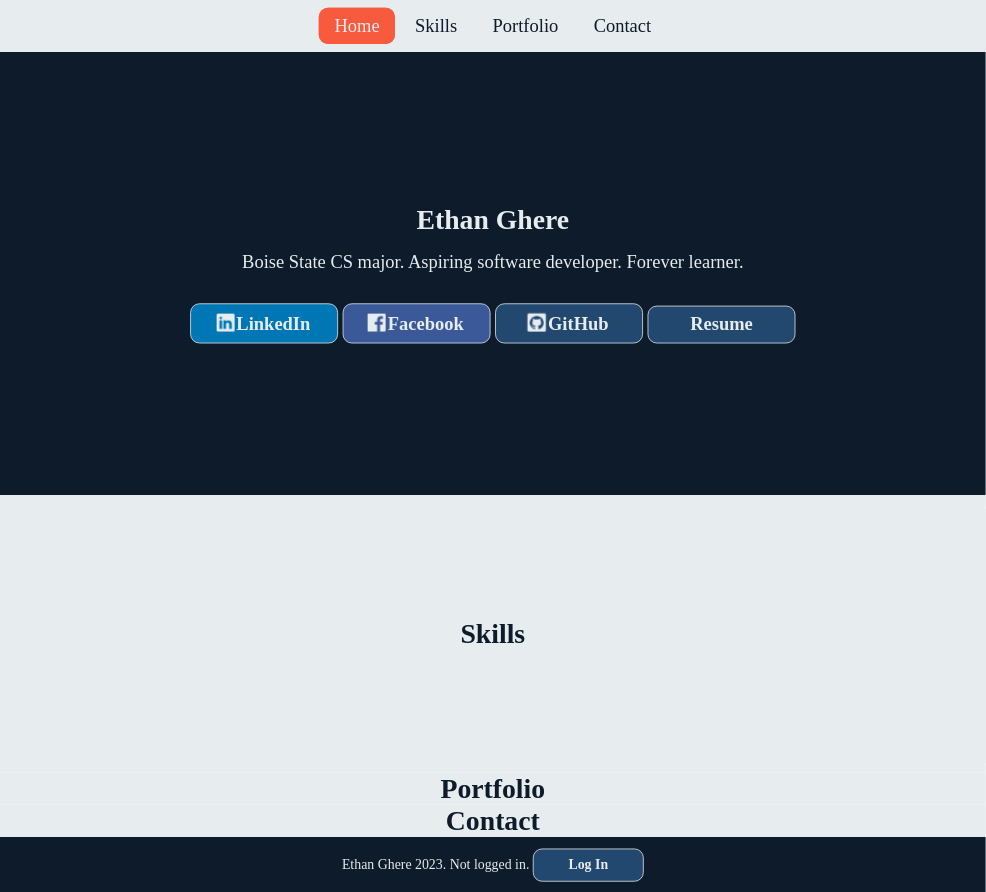
Repository: eghere-bsu/ethanghere-website
Page: http://localhost/php/index.php
These files come from the project's save history. The page is drawn as it stood at one moment and after the next save; the edit follows.
The browser window is 1280 px wide. The pictures show the whole page, at 77% of full size.
Some web fonts or font styles are not loaded; a fallback is used. The page is run by PHP 8.4 with error messages shown; the project is at /var/www/html/. Queries for data that is not in the repository find no rows.

Above is the page before, as saved 2023-11-27 16:56:54.

### php/index.php
<?php
require_once 'Dao.php';
require_once 'Widgets.php';

session_start();
ini_set('display_errors', 1);
error_reporting(E_ALL);

if (isset($_GET['action']) && $_GET['action'] === 'logout') {
  unset($_SESSION['auth']);
  unset($_SESSION['username']);
  unset($_SESSION['powerlvl']);
}
$loggedIn = isset($_SESSION['auth']) && $_SESSION['auth'] === true;
$loginText = $loggedIn ? 'Log Out' : 'Log In';
$loginHref = $loggedIn ? 'login_handler.php?action=logout' : '#login';
$loginClass = $loggedIn ? 'button' : 'button login-modal';
?>

<!DOCTYPE html>
<html lang="en">

<head>
  <meta charset="UTF-8">
  <title>Ethan Ghere</title>
  <link rel="stylesheet" href="../css/style.css">
  <link rel="icon" type="image/x-icon" href="../favicon.ico">
</head>

<nav>
  <div class="container">
    <ul>
      <li class="home active">
        <a href="#home" class="navlink">Home</a>
      </li>
      <li class="skills">
        <a href="#skills" class="navlink">Skills</a>
      </li>
      <li class="portfolio">
        <a href="#portfolio" class="navlink">Portfolio</a>
      </li>
      <li class="contact">
        <a href="#contact" class="navlink">Contact</a>
      </li>
    </ul>
  </div>
</nav>

<body>
  <!-- Home -->
  <section id="home">
    <h1>Ethan Ghere</h1>
    <p>Boise State CS major. Aspiring software developer. Forever learner.</p>
    <span>
      <a href="https://www.linkedin.com/in/ethan-ghere-08532a23a" class="button linkedin"><img
          src="../svg/icons8-linkedin.svg">LinkedIn</a>
      <a href="https://www.facebook.com/profile.php?id=100085450836702" class="button facebook"><img
          src="../svg/icons8-facebook-24.svg">Facebook</a>
      <a href="https://github.com/eghere-bsu" class="button"><img src="../svg/icons8-github-24.png">GitHub</a>
      <a href="../assets/resume.pdf" class="button">Resume</a>
    </span>
  </section>
  <!-- Skills -->
  <section id="skills">
    <h1>Skills</h1>
  </section>
  <!-- Portfolio -->
  <section id="portfolio">
    <h1>Portfolio</h1>
    <div class="support-grid"></div>
    <div class="band">
      <?php
      $dao = new Dao();
      $posts = $dao->getPosts();
      echo Widgets::renderCards($posts);
      ?>
    </div>
  </section>
  <!-- Contact -->
  <section id="contact">
    <h1>Contact</h1>
  </section>
  <!-- Footer -->
  <section id="footer">
    <span>
      <p>Ethan Ghere 2023.
        <?php
        if (isset($_SESSION['auth']) && $_SESSION['auth'] === true) {
          if (isset($_SESSION['username'])) {
            echo 'Logged in as ' . $_SESSION['username'];
          } else {
            echo 'Username not found.';
          }
        } else {
          echo 'Not logged in.';
        }
        ?>
        <a href="<?php echo $loginHref ?>" class="<?php echo $loginClass ?>">
          <?php echo $loginText ?>
        </a>
      </p>
    </span>
  </section>
  <!-- Login Modal -->
  <div class="modal" id="login-signup-modal">
    <div class="modal-content">
      <button class="modal-close" onclick="closeModal()">X</button>
      <span class="container">
        <ul>
          <li class="login">
            <a href="#login" class="navlink">Log In</a>
          </li>
          <li class="signup">
            <a href="#signup" class="navlink">Sign Up</a>
          </li>
        </ul>
      </span>
      <span>
        <?php
        if (isset($_SESSION['message'])) {
          echo htmlspecialchars($_SESSION['message'], ENT_QUOTES, 'UTF-8');
          unset($_SESSION['message']);
        }
        ?>
      </span>
      <form method="post" action="login_handler.php" id="login-form">
        <input placeholder="Username: " type="username" id="username" name="username" required>
        <input placeholder="Password: " type="password" id="password" name="password" required>
        <button type="submit" class="button">Log In</button>
      </form>
      <form method="post" action="signup_handler.php" id="signup-form">
        <input placeholder="Username: " type="username" id="username" name="username" required>
        <input placeholder="Password: " type="password" id="password" name="password" required>
        <input placeholder="Confirm password: " type="password" id="pwconfirm" name="pwconfirm" required>
        <button type="submit" class="button">Sign Up</button>
      </form>
      <div class="modal-body"></div>
    </div>
  </div>
  <!-- Scripts -->
  <script src="https://code.jquery.com/jquery-3.7.1.min.js"></script>
  <script src="../js/login.js"></script>
  <script src="../js/scroll.js"></script>
</body>

### php/Dao.php
<?php
ini_set('display_errors', 1);
error_reporting(E_ALL);
// Dao.php
// class for saving and getting comments from MySQL
class Dao {

  private $host;
    private $db;
    private $user;
    private $pass;

    public function __construct() {
        // Determine the server name
        $serverName = $_SERVER['SERVER_NAME'];

        // Set the database credentials based on the server name
        if ($serverName === 'localhost') {
            // Local database credentials
            $this->host = 'localhost';
            $this->db = 'db';
            $this->user = 'eghere';
            $this->pass = 'labrador';
        } else {
            // Online database credentials
            $this->host = 'vkh7buea61avxg07.cbetxkdyhwsb.us-east-1.rds.amazonaws.com';
            $this->db = 'r9n0gt3rioqj5f5n';
            $this->user = 'bf28epl5ub2me1yp';
            $this->pass = 'dbrnyuq8526w3wp3';
        }
    }

  //deployment
  //mariadb -h vkh7buea61avxg07.cbetxkdyhwsb.us-east-1.rds.amazonaws.com -u bf28epl5ub2me1yp -pdbrnyuq8526w3wp3 r9n0gt3rioqj5f5n


  public function getConnection () {
    return
      new PDO("mysql:host={$this->host};dbname={$this->db}", $this->user,
          $this->pass);
  }

  public function createUser($username, $password, $powerlvl = 0) {
    // Hash the password
    $hashedPassword = password_hash($password, PASSWORD_BCRYPT);

    $conn = $this->getConnection();
    $createUser = "INSERT INTO Users (username, password, powerlvl) VALUES (:username, :password, :powerlvl)";
    $q = $conn->prepare($createUser);
    $q->bindParam(":username", $username);
    $q->bindParam(":password", $hashedPassword);
    $q->bindParam(":powerlvl", $powerlvl);
    $q->execute();
  }

  public function usernameExists($username) {
    $conn = $this->getConnection();
    $usernameExists =
        "SELECT COUNT(*)
        FROM Users
        WHERE username = :username";
    $q = $conn->prepare($usernameExists);
    $q->bindParam(":username", $username);
    $q->execute();
    return $q->fetchColumn() > 0;
  }

  public function validateUser($username, $password) {
    //Prepare query
    $conn = $this->getConnection();
    $validateUser =
        "SELECT user_id, password, powerlvl
        FROM Users
        WHERE username = :username";
    $q = $conn->prepare($validateUser);
    $q->bindParam(":username", $username);
    $q->execute();
    //Match password
    $userRow = $q->fetch(PDO::FETCH_ASSOC);
    if ($userRow && password_verify($password, $userRow['password'])) {
        return true;
    } else {
        return false;
    }
  }

  public function getUserId($username) {
    $conn = $this->getConnection();
    $getUserId =
        "SELECT user_id
        FROM Users
        WHERE username = :username";
    $q = $conn->prepare($getUserId);
    $q->bindParam(":username", $username);
    $q->execute();

    $user_id = $q->fetchColumn();
    return $user_id;
  }

  public function getPowerlvl ($username) {
    $conn = $this->getConnection();
    $getPowerlvl =
        "SELECT powerlvl
        FROM Users
        WHERE username = :username";
    $q = $conn->prepare($getPowerlvl);
    $q->bindParam(":username", $username);
    $q->execute();

    $powerlvl = $q->fetchColumn();
    return $powerlvl;
  }

  public function createPost($user_id, $title, $description, $post_link, $image_url, $category) {
    $conn = $this->getConnection();
    $createPost = "INSERT INTO Posts (user_id, title, description, post_link, image_url, category)
                        VALUES (:user_id, :title, :description, :post_link, :image_url, :category)";
    $q = $conn->prepare($createPost);
    $q->bindParam(":user_id", $user_id);
    $q->bindParam(":title", $title);
    $q->bindParam(":description", $description);
    $q->bindParam(":post_link", $post_link);
    $q->bindParam(":image_url", $image_url);
    $q->bindParam(":category", $category);
    $q->execute();
  }

  public function getPosts() {
    $conn = $this->getConnection();

    $getPostsQuery = "SELECT * FROM Posts ORDER BY created_at DESC";
    $q = $conn->prepare($getPostsQuery);
    $q->execute();

    return $q->fetchAll(PDO::FETCH_ASSOC);
  }
}

### php/Widgets.php
<?php
class Widgets {
   public static function renderCards($posts) {
       $firstPost = true;

       foreach ($posts as $index => $post) {
           $cssClass = ($firstPost) ? 'item-1' : 'item-2';

           echo '<div class="' . $cssClass . '">';
           echo '<a href="' . $post['post_link'] . '" class="card">';
           echo '<div class="thumb" style="background-image: url(' . $post['image_url'] . ');"></div>';
           echo '<article>';
           echo '<h1>' . $post['title'] . '</h1>';
           echo '<p>' . $post['description'] . '</p>';
           echo '<span>' . $post['category'] . '</span>';
           echo '</article>';
           echo '</a>';
           echo '</div>';

           $firstPost = false;
       }
   }
}

### css/style.css
@import url("https://fonts.googleapis.com/css2?family=Roboto+Mono&display=swap");

* {
  padding: 0;
  margin: 0;
  box-sizing: border-box;
}

html {
  font-family: "Roboto Mono";
  font-size: 24px;
  scroll-behavior: smooth;
}

section {
  width: 100%;
  color: #0d1b2a;
  background-color: #e7ecef;
  display: flex;
  flex-direction: column;
  align-items: center;
  justify-content: center;
}

section#home {
  height: 80vh;
  color: #e7ecef;
  background-color: #0d1b2a;
  padding: 30px;

  *:not(:first-child) {
    margin-top: 20px;
  }
}

section#skills {
  height: 50vh;
}


/* TODO */
section#portfolio {
  .band {
    width: 90%;
    max-width: 1240px;
    margin: 0 auto;

    display: grid;

    grid-template-columns: 1fr;
    grid-template-rows: auto;
    grid-gap: 20px;

  }

  @media only screen and (min-width: 500px) {
    .band {
      grid-template-columns: 1fr 1fr;
    }
    .item-1 {
    grid-column: 1/ span 2;
    }
    .item-1 h1 {
      font-size: 30px;
    }
  }

  @media only screen and (min-width: 850px) {
    .band {
      grid-template-columns: 1fr 1fr 1fr 1fr;
    }
  }

  /* card */

  .card {
    min-height: 100%;
    background: white;
    box-shadow: 0 2px 5px rgba(0,0,0,0.1);
    display: flex;
    flex-direction: column;
    text-decoration: none;
    color: #444;
    position: relative;
    top: 0;
    transition: all .1s ease-in;
  }

  .card:hover {
    top: -2px;
    box-shadow: 0 4px 5px rgba(0,0,0,0.2);
  }

  .card article {
    padding: 20px;
    display: flex;

    flex: 1;
    justify-content: space-between;
    flex-direction: column;

  }
  .card .thumb {
    padding-bottom: 60%;
    background-size: cover;
    background-position: center center;
  }

  .card p {
    flex: 1; /* make p grow to fill available space*/
    line-height: 1.4;
  }

  .card span {
    font-size: 12px;
    font-weight: bold;
    color: #999;
    text-transform: uppercase;
    letter-spacing: .05em;
    margin: 2em 0 0 0;
  }
}

section#footer {
  height: 10vh;
  background-color: #0d1b2a;
  color: #e7ecef;
  font-size: 18px;
}

.button {
  display: inline-block;
  padding: 10px 20px;
  width: 8em;
  text-align: center;
  text-decoration: none;
  font-weight: bold;
  border-radius: 12px;
  border: 1px solid #e7ecef;
  color: #e7ecef;
  background-color: #23486f;
  transition: 0.3s ease background-color;

  img {
    position: relative;
    top: 0.1em;
    right: 0.1em;
  }

  &:hover {
    background-color: #f85a3e;
  }

  &:hover:after {
    transition: 0.3s ease background-color;
  }
}

.button.small {
  font-size: 0.8em;
}

.linkedin {
  background-color: #0077b5;
}

.facebook {
  background-color: #3b5998;
}

/* Navigation */
nav {
  position: sticky;
  top: 0;
  background-color: #e7ecef;
}

.container {
  width: 90%;
  max-width: 1000px;
  min-width: 200px;
  margin: 0 auto;
  text-align: center;
  padding: 10px;

  ul {
    display: inline-block;

    li {
      display: inline-block;

      a {
        display: inline-block;
        text-decoration: none;
        padding: 10px 20px;
        color: #0d1b2a;
        border-radius: 12px;
        transition: 0.3s ease background-color;

        &:hover {
          background-color: rgba(0, 0, 0, 0.25);
        }
      }
    }

    li.active {
      background-color: #f85a3e;
      transition: 0.3s ease background-color;
      border-radius: 12px;

      a {
        color: rgb(231, 236, 239);
      }

      .navlink {
        background-color: #f85a3e;
        transition: 0.3s ease background-color;
        border-radius: 12px;
      }
    }
  }
}


/* Modal */
.modal {
  display: none; /* Hide the modal by default */
  position: fixed;
  top: 0;
  left: 0;
  width: 100%;
  height: 100%;
  background-color: rgba(0, 0, 0, 0.4);
}

.modal-content {
  position: fixed;
  top: 50%;
  left: 50%;
  transform: translate(-50%, -50%);
  width: 40%;
  background-color: #e7ecef;
  color: #0d1b2a;
  padding: 20px;

  form {
    display: flex;
    flex-direction: column;
    align-items: center;
    width: 100%;
  }

  form label {
    margin-bottom: 10px;
  }

  form input {
    width: 100%;
    padding: 10px;
    border: 1px solid #ccc;
    border-radius: 4px;
  }

  form button {
    padding: 10px 20px;
    background-color: #23486f;
    border: none;
    border-radius: 4px;
    cursor: pointer;
    text-decoration: none;
  }

  & > .modal-close {
    position: absolute;
    top: 10px;
    right: 10px;
    width: 2em;
    height: 2em;
    border: none;
    cursor: pointer;
    background-color: #23486f;
    color: #e7ecef;
  }

  & > .container {
    display: flex;
    justify-content: center;

    & > a {
      color: #0d1b2a;
    }
  }
}

.modal-body {
  display: flex;
  flex-direction: column;
  justify-content: center;
}

.form-container {
  max-width: 400px;
  width: 100%;
  margin: 0 auto;
  position: relative;
}

### svg/icons8-linkedin.svg
<svg xmlns="http://www.w3.org/2000/svg" xmlns:xlink="http://www.w3.org/1999/xlink" viewBox="0,0,256,256" width="24px" height="24px"><g transform="translate(-24.32,-24.32) scale(1.19,1.19)"><g fill="#e7ecef" fill-rule="nonzero" stroke="none" stroke-width="1" stroke-linecap="butt" stroke-linejoin="miter" stroke-miterlimit="10" stroke-dasharray="" stroke-dashoffset="0" font-family="none" font-weight="none" font-size="none" text-anchor="none" style="mix-blend-mode: normal"><g transform="scale(5.12,5.12)"><path d="M41,4h-32c-2.76,0 -5,2.24 -5,5v32c0,2.76 2.24,5 5,5h32c2.76,0 5,-2.24 5,-5v-32c0,-2.76 -2.24,-5 -5,-5zM17,20v19h-6v-19zM11,14.47c0,-1.4 1.2,-2.47 3,-2.47c1.8,0 2.93,1.07 3,2.47c0,1.4 -1.12,2.53 -3,2.53c-1.8,0 -3,-1.13 -3,-2.53zM39,39h-6c0,0 0,-9.26 0,-10c0,-2 -1,-4 -3.5,-4.04h-0.08c-2.42,0 -3.42,2.06 -3.42,4.04c0,0.91 0,10 0,10h-6v-19h6v2.56c0,0 1.93,-2.56 5.81,-2.56c3.97,0 7.19,2.73 7.19,8.26z"></path></g></g></g></svg>

### svg/icons8-facebook-24.svg
<svg xmlns="http://www.w3.org/2000/svg" xmlns:xlink="http://www.w3.org/1999/xlink" viewBox="0,0,256,256" width="24px" height="24px"><g transform="translate(-43.52,-43.52) scale(1.34,1.34)"><g fill-opacity="0" fill="#d72020" fill-rule="nonzero" stroke="none" stroke-width="1" stroke-linecap="butt" stroke-linejoin="miter" stroke-miterlimit="10" stroke-dasharray="" stroke-dashoffset="0" font-family="none" font-weight="none" font-size="none" text-anchor="none" style="mix-blend-mode: normal"><path d="M32.47761,223.52239v-191.04478h191.04478v191.04478z" id="bgRectangle"></path></g><g fill="#e7ecef" fill-rule="nonzero" stroke="none" stroke-width="1" stroke-linecap="butt" stroke-linejoin="miter" stroke-miterlimit="10" stroke-dasharray="" stroke-dashoffset="0" font-family="none" font-weight="none" font-size="none" text-anchor="none" style="mix-blend-mode: normal"><g transform="scale(10.66667,10.66667)"><path d="M19,3h-14c-1.105,0 -2,0.895 -2,2v14c0,1.105 0.895,2 2,2h7.621v-6.961h-2.343v-2.725h2.343v-2.005c0,-2.324 1.421,-3.591 3.495,-3.591c0.699,-0.002 1.397,0.034 2.092,0.105v2.43h-1.428c-1.13,0 -1.35,0.534 -1.35,1.322v1.735h2.7l-0.351,2.725h-2.365v6.965h3.586c1.105,0 2,-0.895 2,-2v-14c0,-1.105 -0.895,-2 -2,-2z"></path></g></g></g></svg>

### js/login.js
$(document).ready(function () {
   // Open login-signup modal
   $('.login-modal').click(function () {
      $('#login-signup-modal').show();
      $('#login-form').show();
      $('#signup-form').hide();
      $('.signup').removeClass('active');
      $('.login').addClass('active');
   });

   // Login button
   $('.login').click(function () {
      $('#login-form').show();
      $('#signup-form').hide();
      $('.signup').removeClass('active');
      $('.login').addClass('active');
   });

   // Show the signup form when the signup button is clicked
   $('.signup').click(function () {
      $('#signup-form').show();
      $('#login-form').hide();
      $('.login').removeClass('active');
      $('.signup').addClass('active');
   });

   // Close modal
   $('.modal-close').click(function () {
      $('#login-signup-modal').hide();
   });

   // Handle modal opening from a redirect
   if (window.location.href.indexOf('#login') !== -1 || window.location.href.indexOf('#signup') !== -1) {
      $('#login-signup-modal').show();

      if (window.location.href.indexOf('#login') !== -1) {
         $('#login-form').show();
         $('#signup-form').hide();
         $('.login').addClass('active');
         $('.signup').removeClass('active');
      } else {
         $('#signup-form').show();
         $('#login-form').hide();
         $('.signup').addClass('active');
         $('.login').removeClass('active');
      }
   }

   $('#login-button').click(function() {
      if ($('#login-button').text() === 'Log In') {
        // User is logging in, redirect to login page
        window.location.href = 'login.php';
      } else {
        // User is logging out, redirect to logout page
        window.location.href = 'logout.php';
      }
    });
});

### js/scroll.js
const sections = document.querySelectorAll("section");
const navLi = document.querySelectorAll("nav .container ul li");
window.addEventListener("scroll", () => {
  let current = "";
  sections.forEach((section) => {
    const sectionTop = section.offsetTop;
    const sectionHeight = section.clientHeight;
    if (pageYOffset >= sectionTop - sectionHeight / 3) {
      current = section.getAttribute("id");
    }
  });

  navLi.forEach((li) => {
    li.classList.remove("active");
    if (li.classList.contains(current)) {
      li.classList.add("active");
    }
  });
});

After the next save:
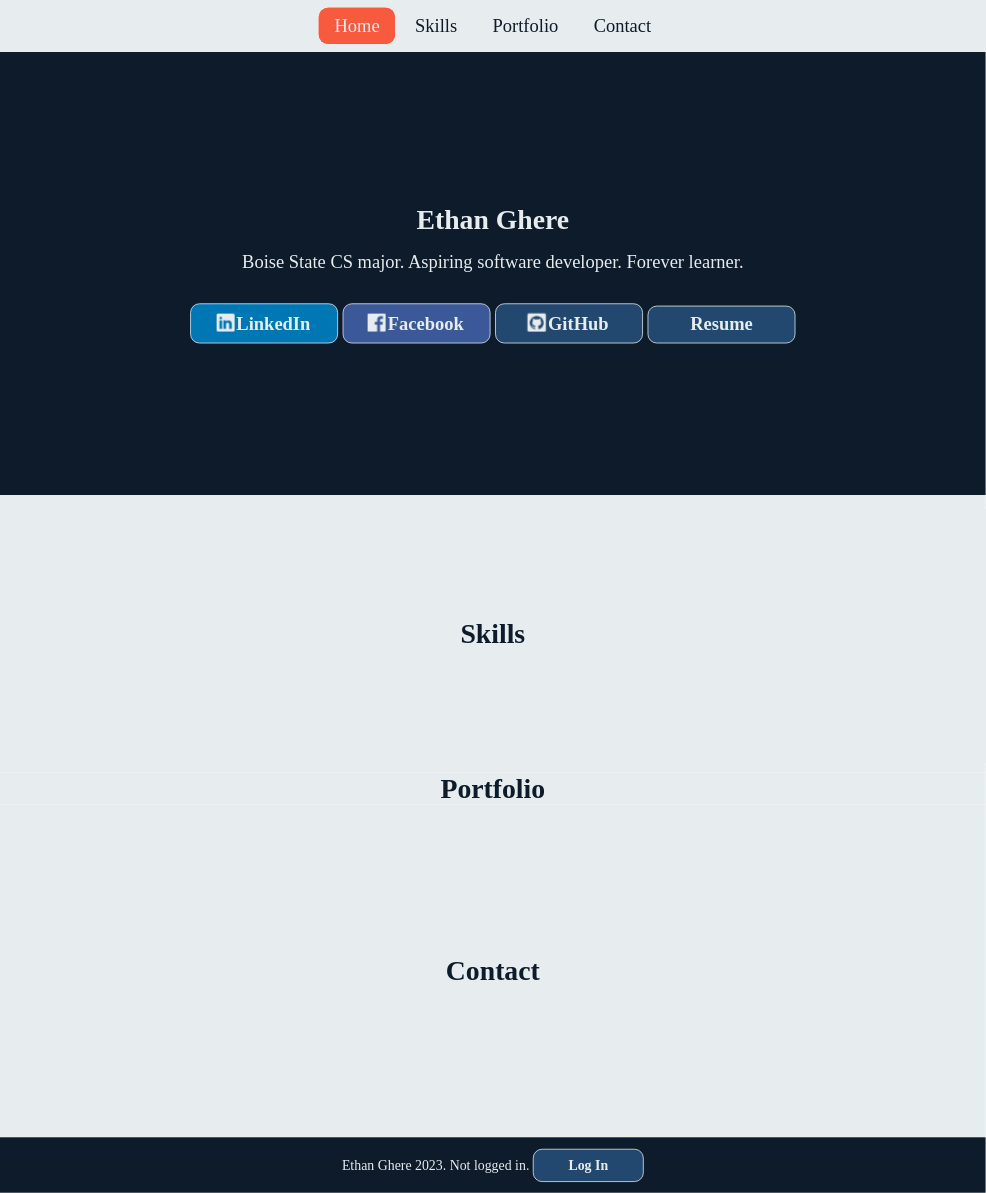
Saved 20 s later.
--- a/css/style.css
+++ b/css/style.css
@@ -36,7 +36,6 @@
 section#skills {
   height: 50vh;
 }
-
 
 /* TODO */
 section#portfolio {
@@ -119,6 +118,10 @@
     letter-spacing: .05em;
     margin: 2em 0 0 0;
   }
+}
+
+section#contact {
+  height: 60vh;
 }
 
 section#footer {
